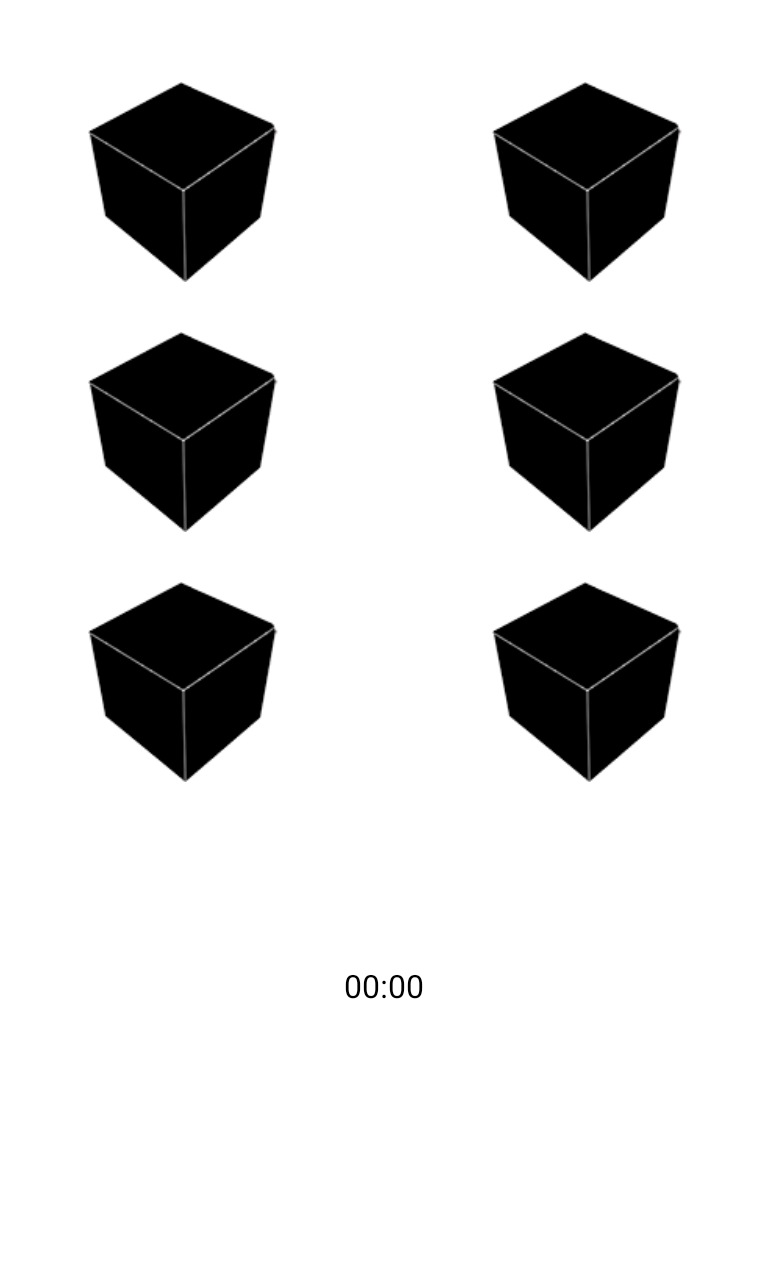
Repository: DSKarramba/university
Layout: models_and_methods_ICS/lab_01/code/calc/res/layout/activity_main.xml
An editor plug-in stored every save of this project. The layout is shown before and after the next save, followed by the edit.
It is drawn on a 768 x 1280 px phone screen (xhdpi) without system bars, with theme AppTheme; the app's code is not run.

Above is the layout before, as saved 2014-12-11 03:10:46.

### models_and_methods_ICS/lab_01/code/calc/res/layout/activity_main.xml
<RelativeLayout xmlns:android="http://schemas.android.com/apk/res/android"
    xmlns:tools="http://schemas.android.com/tools"
    android:layout_width="match_parent"
    android:layout_height="match_parent"
    android:layout_gravity="top"
    android:paddingBottom="@dimen/activity_vertical_margin"
    android:paddingLeft="@dimen/activity_horizontal_margin"
    android:paddingRight="@dimen/activity_horizontal_margin"
    android:paddingTop="@dimen/activity_vertical_margin"
    tools:context="com.example.calc.MainActivity" >

    <ImageButton
        android:id="@+id/img1"
        android:layout_width="100dp"
        android:layout_height="100dp"
        android:layout_alignParentLeft="true"
        android:layout_alignParentTop="true"
        android:layout_marginLeft="25dp"
        android:layout_marginTop="25dp"
        android:background="@android:color/transparent"
        android:contentDescription="@string/str_box"
        android:scaleType="fitCenter"
        android:src="@drawable/box" />

    <ImageButton
        android:id="@+id/img2"
        android:layout_width="100dp"
        android:layout_height="100dp"
        android:layout_alignParentRight="true"
        android:layout_alignParentTop="true"
        android:layout_marginRight="25dp"
        android:layout_marginTop="25dp"
        android:background="@android:color/transparent"
        android:contentDescription="@string/str_box"
        android:scaleType="fitCenter"
        android:src="@drawable/box" />

    <ImageButton
        android:id="@+id/img3"
        android:layout_width="100dp"
        android:layout_height="100dp"
        android:layout_alignParentLeft="true"
        android:layout_below="@+id/img1"
        android:layout_marginLeft="25dp"
        android:layout_marginTop="25dp"
        android:background="@android:color/transparent"
        android:contentDescription="@string/str_box"
        android:scaleType="fitCenter"
        android:src="@drawable/box" />

    <ImageButton
        android:id="@+id/img4"
        android:layout_width="100dp"
        android:layout_height="100dp"
        android:layout_alignParentRight="true"
        android:layout_below="@+id/img2"
        android:layout_marginRight="25dp"
        android:layout_marginTop="25dp"
        android:background="@android:color/transparent"
        android:contentDescription="@string/str_box"
        android:scaleType="fitCenter"
        android:src="@drawable/box" />

    <ImageButton
        android:id="@+id/img5"
        android:layout_width="100dp"
        android:layout_height="100dp"
        android:layout_alignParentLeft="true"
        android:layout_below="@+id/img3"
        android:layout_marginLeft="25dp"
        android:layout_marginTop="25dp"
        android:background="@android:color/transparent"
        android:contentDescription="@string/str_box"
        android:scaleType="fitCenter"
        android:src="@drawable/box" />

    <ImageButton
        android:id="@+id/img6"
        android:layout_width="100dp"
        android:layout_height="100dp"
        android:layout_alignParentRight="true"
        android:layout_below="@+id/img4"
        android:layout_marginRight="25dp"
        android:layout_marginTop="25dp"
        android:background="@android:color/transparent"
        android:contentDescription="@string/str_box"
        android:scaleType="fitCenter"
        android:src="@drawable/box" />

    <Chronometer
        android:id="@+id/timer"
        android:layout_width="wrap_content"
        android:layout_height="wrap_content"
        android:layout_below="@+id/img5"
        android:layout_centerHorizontal="true"
        android:layout_marginTop="91dp"
        android:text="chrono" />

</RelativeLayout>

### models_and_methods_ICS/lab_01/code/calc/res/values/strings.xml
<?xml version="1.0" encoding="utf-8"?>
<resources>

    <string name="app_name">cats</string>
    <string name="action_settings">Settings</string>
    <string name="str_box">box</string>

</resources>

Loaded but not shown: models_and_methods_ICS/lab_01/code/calc/res/values/styles.xml (common file); models_and_methods_ICS/lab_01/code/calc/res/values-v11/styles.xml (common file); models_and_methods_ICS/lab_01/code/calc/res/values-v14/styles.xml (common file); models_and_methods_ICS/lab_01/code/calc/res/values/dimens.xml (common file); models_and_methods_ICS/lab_01/code/calc/res/values-w820dp/dimens.xml (common file)

After the next save:
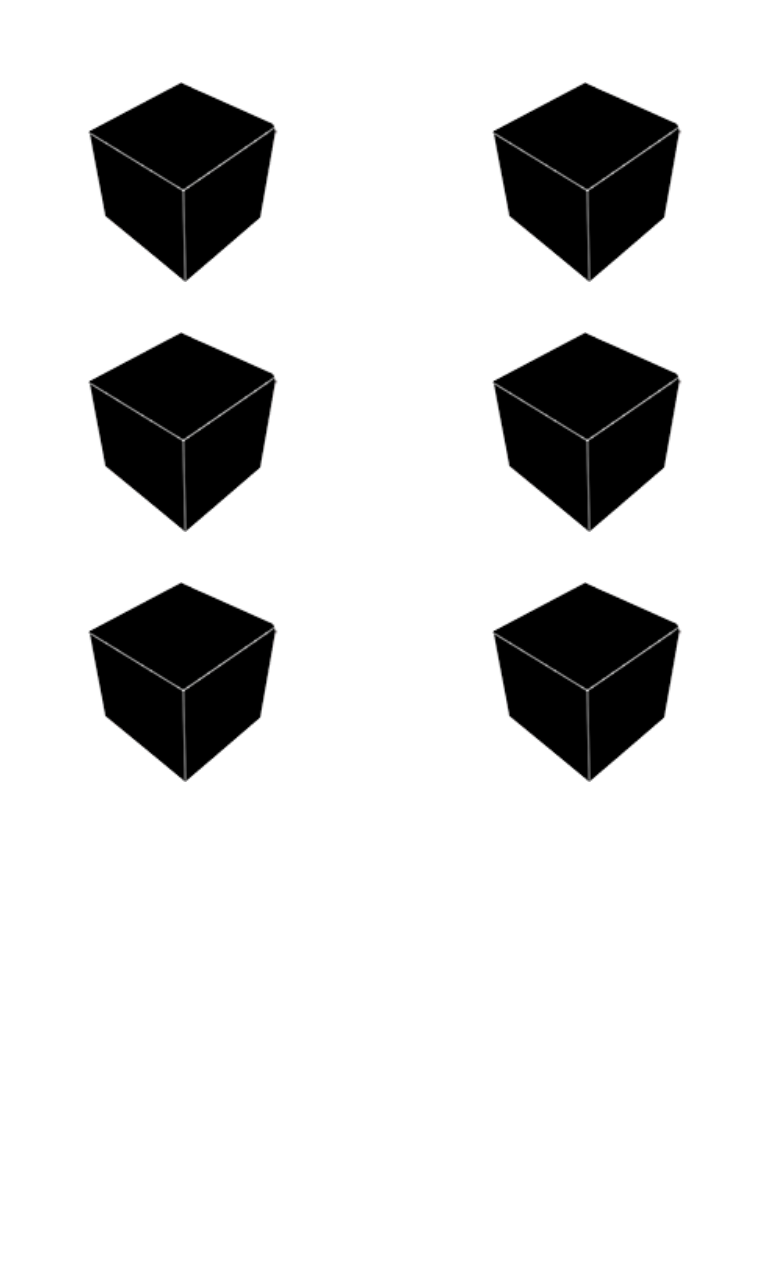
Saved 97 s later.
--- a/models_and_methods_ICS/lab_01/code/calc/res/layout/activity_main.xml
+++ b/models_and_methods_ICS/lab_01/code/calc/res/layout/activity_main.xml
@@ -87,13 +87,4 @@
         android:scaleType="fitCenter"
         android:src="@drawable/box" />
 
-    <Chronometer
-        android:id="@+id/timer"
-        android:layout_width="wrap_content"
-        android:layout_height="wrap_content"
-        android:layout_below="@+id/img5"
-        android:layout_centerHorizontal="true"
-        android:layout_marginTop="91dp"
-        android:text="chrono" />
-
 </RelativeLayout>
